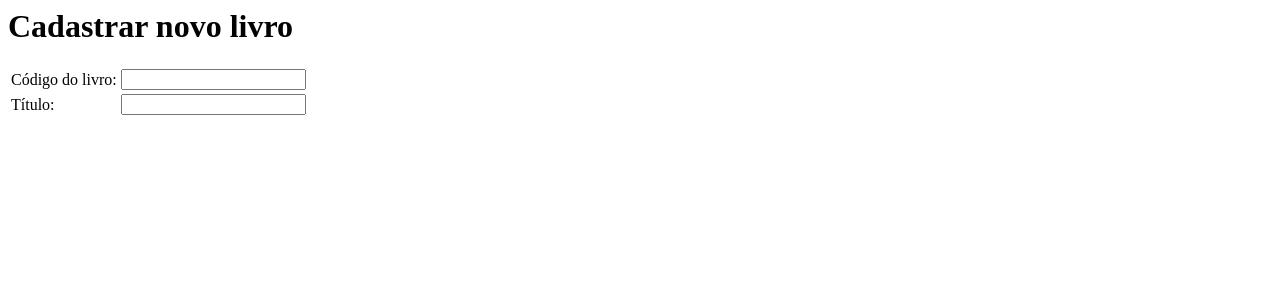
Repository: EikDEV/Atividade-Cliente-Servidor
Page: crudjspjava/src/main/webapp/livroform.html
An editor plug-in stored every save of this project. The page is shown before and after the next save, followed by the edit.
The browser window is 1280 px wide. The pictures show the whole page.

Above is the page before, as saved 2022-11-04 15:39:35.

After the next save:
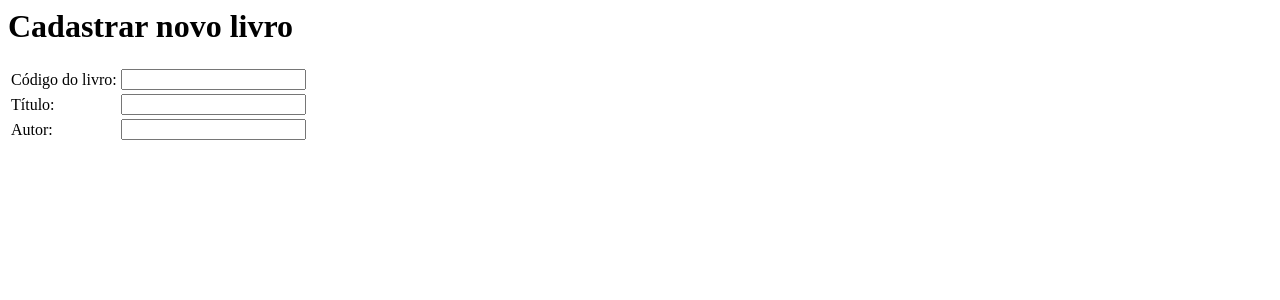
Saved 9 s later.
--- a/crudjspjava/src/main/webapp/livroform.html
+++ b/crudjspjava/src/main/webapp/livroform.html
@@ -10,5 +10,9 @@
 			<td>Título:</td>
 			<td><input type="text" name="titulo" /></td>
 		</tr>
+		<tr>
+			<td>Autor:</td>
+			<td><input type="text" name="titulo" /></td>
+		</tr>
 	</table>
 </form>
